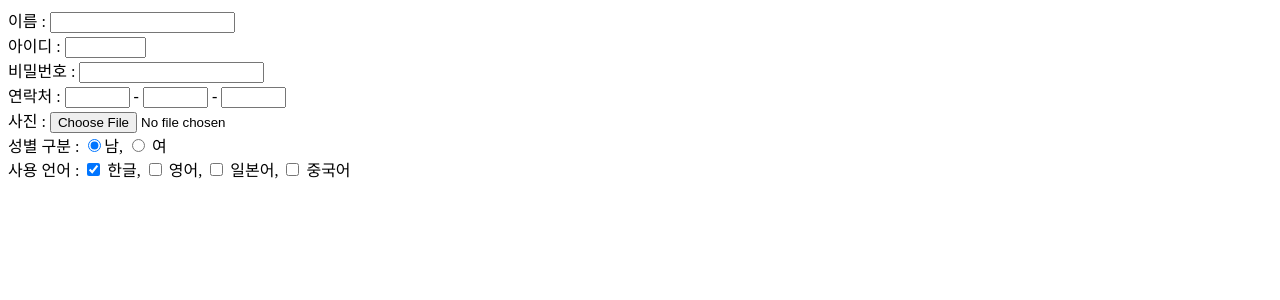
Repository: bjKim2/JSP
Page: HTML/src/main/webapp/Lec06.html
An editor plug-in stored every save of this project. The page is shown before and after the next save, followed by the edit.
The browser window is 1280 px wide. The pictures show the whole page.

Above is the page before, as saved 2022-03-15 05:15:31.

### HTML/src/main/webapp/Lec06.html
<!DOCTYPE html>
	<html>
	<head>
		<meta charset="UTF-8">
		<title>From Tag</title>
	</head>
	<body>
		<from action = '#' method='get'>
			이름 : <input type="text" name = "userName"  ><br>
			아이디 : <input type="text" name = "userId"  size = '7'><br>
			비밀번호 : <input type="password" name="userPassword"><br>
			연락처 : <input type="text" name = "phone1_1"  size = "5"> -
					<input type="text" name = "phone1_2"  size = "5"> -
					<input type="text" name = "phone1_3"  size = "5"> <br>
			사진 : <input type="file" name = "picture"> <br>
			성별 구분 : <input type="radio" name = "gender" value = "man" checked = "checked">남,
					<input type="radio" name="gender" value="woman"> 여 <br>
			사용 언어 :
					<input type="checkbox" name="lang" value="kor" checked="checked"> 한글,
					<input type="checkbox" name="lang" value="eng" > 영어,
					<input type="checkbox" name="lang" value="jpn" > 일본어,
					<input type="checkbox" name="lang" value="chn" > 중국어 <br>



		</from>
	</body>
</html>

After the next save:
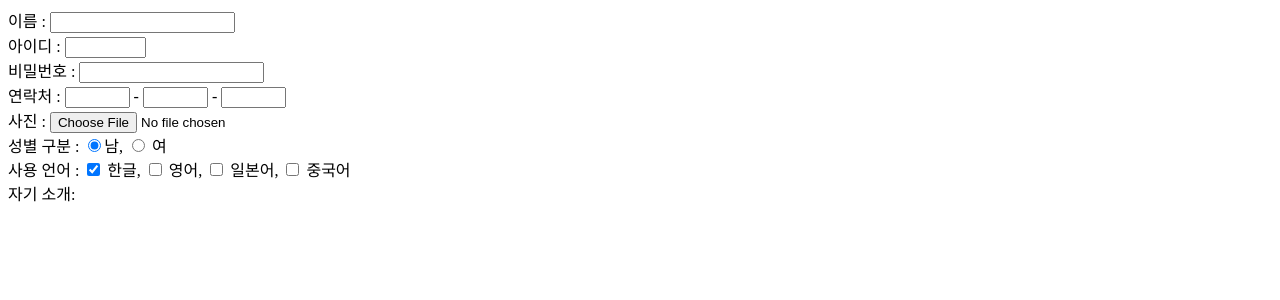
Saved 72 s later.
--- a/HTML/src/main/webapp/Lec06.html
+++ b/HTML/src/main/webapp/Lec06.html
@@ -20,7 +20,8 @@
 					<input type="checkbox" name="lang" value="eng" > 영어,
 					<input type="checkbox" name="lang" value="jpn" > 일본어,
 					<input type="checkbox" name="lang" value="chn" > 중국어 <br>
-
+			자기 소개:
+					<textarea rows="5" cols="20>간</textarea>
 
 
 		</from>
